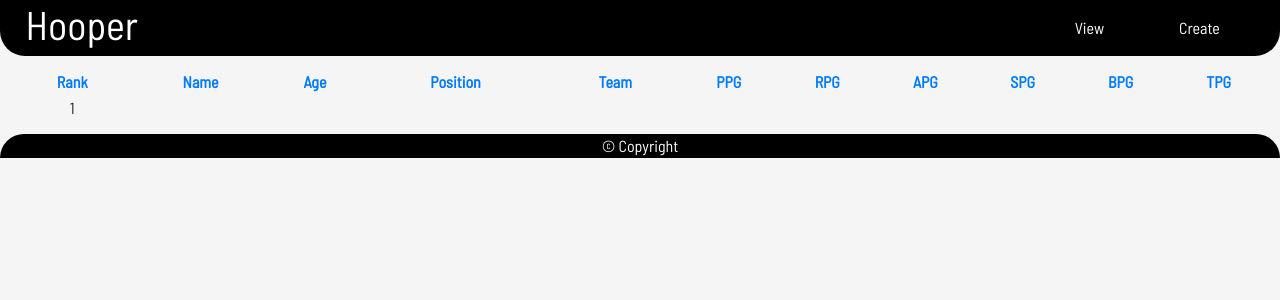
Repository: vlasarte/Hooper
Page: viewplayers.html
An editor plug-in stored every save of this project. The page is shown before and after the next save, followed by the edit.
The browser window is 1280 px wide. The pictures show the whole page.

Above is the page before, as saved 2020-02-24 17:15:35.

After the next save:
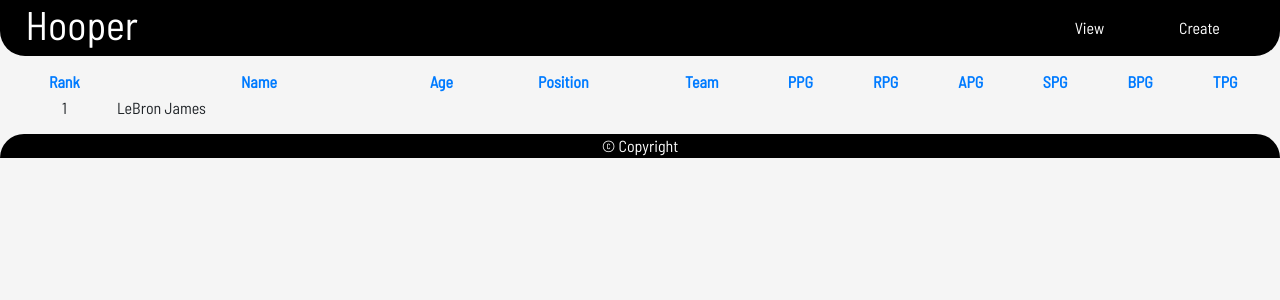
Saved 19 s later.
--- a/viewplayers.html
+++ b/viewplayers.html
@@ -53,7 +53,7 @@
                 </tr>
                 <tr></tr>
                     <td style="text-align: center">1</td>
-                    <td></td>
+                    <td>LeBron James</td>
                     <td style="text-align: center"></td>
                     <td style="text-align: center"></td>
                     <td></td>
